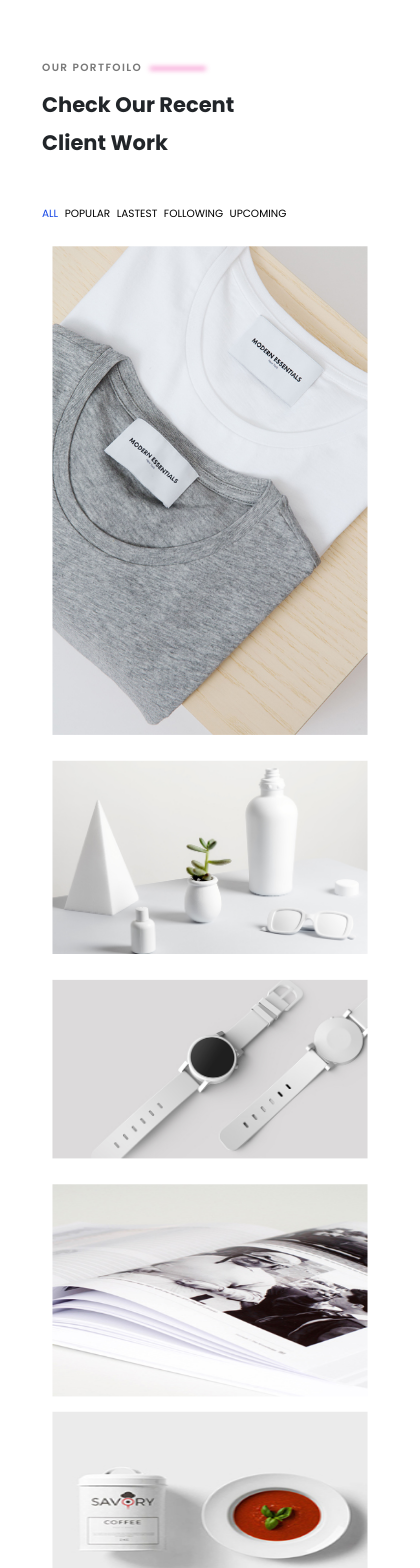
Repository: whoami2991/Sardorbek-Portfolio---Home
Page: index.html
These files come from the project's save history. The page is drawn as it stood at one moment and after the next save; the edit follows.
The browser window is 600 px wide. The pictures show the part of the page from y = 3817 to 6057 px (the page is 9400 px tall before and 9351 px after), at 70% of full size.

Above is the page before, as saved 2024-08-04 18:17:16.

After the next save:
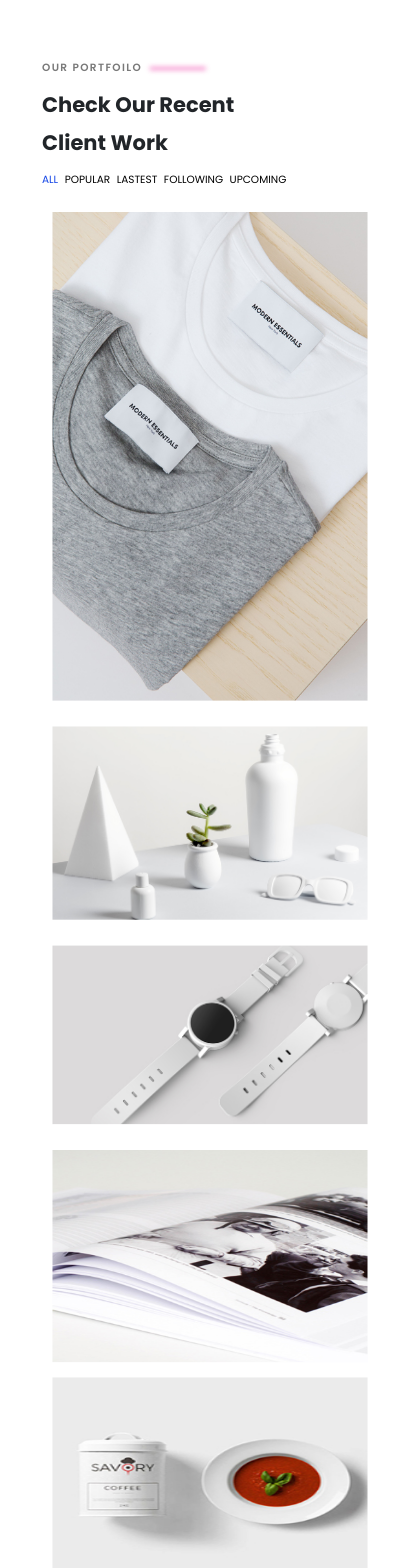
Saved 17 s later.
--- a/styles.css
+++ b/styles.css
@@ -515,7 +515,7 @@
     .portfolio-filters li{
         margin-right: 5px;
     }
-    .portfolio-filters li{
+    .portfolio-filters{
         margin-top: 10px;
     }
 }
